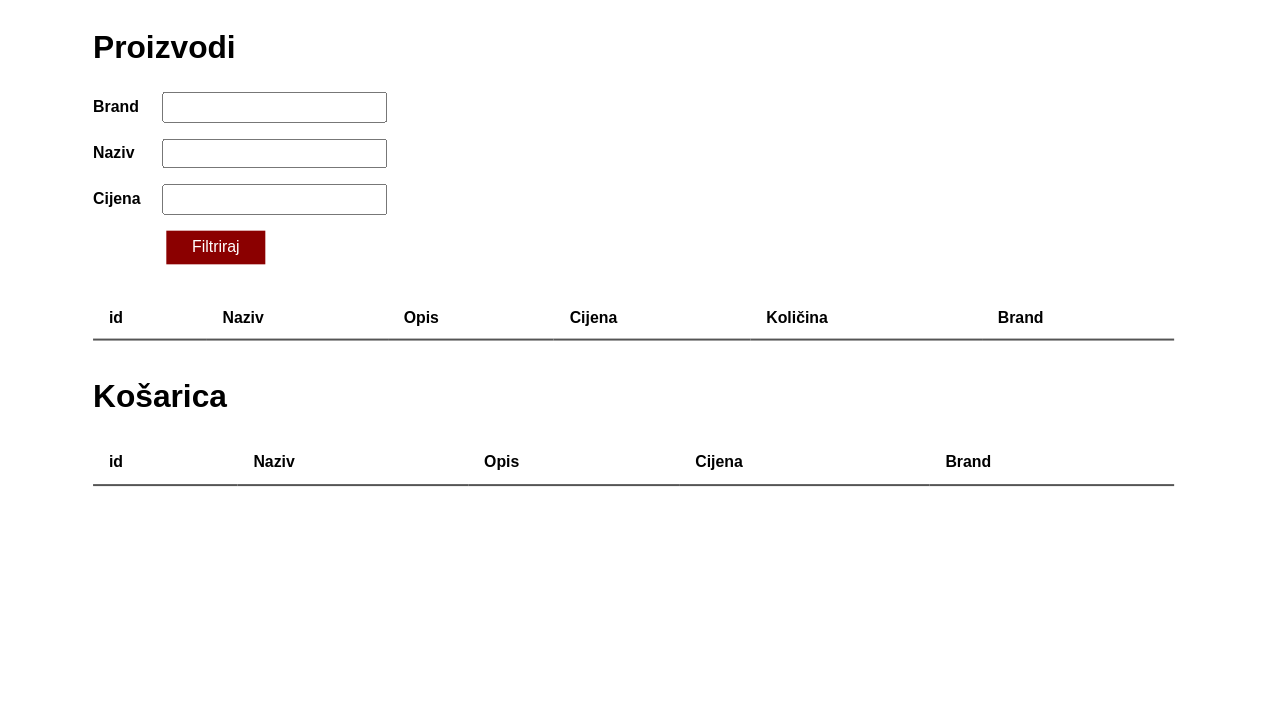
Repository: ivan-baljkas/pristupni_zadatak
Page: / (app in frontend/react-akademija-master/)
The author's editor kept a copy of each file at every save. The page is drawn from the files as they stood at one save, then again after the next save.
The browser window is 1280 px wide. The pictures show the whole page, at 99% of full size.
The page's requests for data from a server got no answer. The project was rebuilt for these pictures with package versions that can differ from the ones it lists, and the page was loaded fresh each time. No one was signed in, and anything a server would have sent is missing. Also part of the build but not shown: frontend/react-akademija-master/src/components/TableItem.jsx, frontend/react-akademija-master/src/components/TableItem2.jsx.

Above is the page before, as saved 2021-07-26 11:33:12.

### frontend/react-akademija-master/public/index.html
<!DOCTYPE html>
<html lang="en">
  <head>
    <meta charset="utf-8" />
    <link rel="icon" href="%PUBLIC_URL%/favicon.ico" />
    <meta name="viewport" content="width=device-width, initial-scale=1" />
    <meta name="theme-color" content="#000000" />
    <meta
      name="description"
      content="Web site created using create-react-app"
    />
    <link rel="apple-touch-icon" href="%PUBLIC_URL%/logo192.png" />
    <!--
      manifest.json provides metadata used when your web app is installed on a
      user's mobile device or desktop. See https://developers.google.com/web/fundamentals/web-app-manifest/
    -->
    <link rel="manifest" href="%PUBLIC_URL%/manifest.json" />
    <!--
      Notice the use of %PUBLIC_URL% in the tags above.
      It will be replaced with the URL of the `public` folder during the build.
      Only files inside the `public` folder can be referenced from the HTML.

      Unlike "/favicon.ico" or "favicon.ico", "%PUBLIC_URL%/favicon.ico" will
      work correctly both with client-side routing and a non-root public URL.
      Learn how to configure a non-root public URL by running `npm run build`.
    -->
    <link rel="stylesheet" type="text/css" href="https://cdnjs.cloudflare.com/ajax/libs/normalize/8.0.1/normalize.min.css">
    <title>Ivan Baljkas</title>
  </head>
  <body>
    <noscript>You need to enable JavaScript to run this app.</noscript>
    <div id="root"></div>
    <!--
      This HTML file is a template.
      If you open it directly in the browser, you will see an empty page.

      You can add webfonts, meta tags, or analytics to this file.
      The build step will place the bundled scripts into the <body> tag.

      To begin the development, run `npm start` or `yarn start`.
      To create a production bundle, use `npm run build` or `yarn build`.
    -->
  </body>
</html>

### frontend/react-akademija-master/src/index.css
body {
  margin: 0;
  font-family: -apple-system, BlinkMacSystemFont, "Segoe UI", "Roboto", "Oxygen",
    "Ubuntu", "Cantarell", "Fira Sans", "Droid Sans", "Helvetica Neue",
    sans-serif;
  -webkit-font-smoothing: antialiased;
  -moz-osx-font-smoothing: grayscale;
}

body {
  max-width: 1140px;
  margin: 0 auto;
  padding: 24px;
  font-family: Arial, sans-serif;
  font-size: 16px;
  line-height: 1.5;
}

h1 {
  margin-top: 0;
}

html {
  box-sizing: border-box;
}
*,
*:before,
*:after {
  box-sizing: inherit;
}

table {
  border-collapse: collapse;
  text-align: left;
  margin-bottom: 2em;
  width: 100%;
}

thead {
  border-bottom: 2px solid #555;
}

thead th,
td {
  padding: 0.6em 1em;
}

tbody tr:nth-child(even) {
  background-color: #e9e9e9;
}

.pagination {
  text-align: center;
}

button {
  margin: 0 1.5em;
  background-color: darkred;
  color: white;
  border-width: 0;
  padding: 0.5em 1em;
  min-width: 100px;
}

button:disabled {
  opacity: 0.5;
}

.stats {
  border-bottom: 1px solid #555;
  padding-bottom: 1em;
  margin-bottom: 1em;
  text-align: center;
}

form div {
  margin-bottom: 1em;
}

form {
  margin-bottom: 2em;
}

form label {
  display: inline-block;
  min-width: 70px;
}

form button,
.result {
  margin-left: 74px;
}

form input {
  padding: 0.25em 0.5em;
}

form label {
  font-weight: bold;
}

### frontend/react-akademija-master/src/App.js
import React, {useState, useEffect} from "react";
import { SearchForm } from "./components/SearchForm";
import { CollectionTable } from "./components/CollectionTable";
import { TableItem } from "./components/TableItem";
import { TableItem2 } from "./components/TableItem2";
import { CollectionTable2 } from "./components/CollectionTable2";
import { NarudzbaForm } from "./components/NarudzbaForm";


const App = () => {

  const [state, setState]= useState({
      proizvodi:[],
      odabraniProizvodi:[],
      brandovi: [],
      narudzbaId: 1
  });

  const[formState, setFormState] = useState({
      brand:'',
      naziv:'',
      cijena:0
  });


  /* Dohvaćanje proizvoda */
useEffect(() => {
  fetch(`http://localhost:8080/api/proizvod`)
    .then((data) => data.json())
    .then((data) => {
      console.log(data)
      setState({...state, proizvodi:data})
    })
    .catch((error)=>{
        console.log('Error: ',error);
    });

    /*Dohvaćanje brandova*/
    fetch(`http://localhost:8080/api/brand`)
    .then((data) => data.json())
    .then((data) => {
      console.log(data)
      setState({...state, brandovi:data})
    })
    .catch((error)=>{
        console.log('Error: ',error);
    });
},[]);

// za filtriranje
const handleSearch = (event) => {
  event.preventDefault();

  let helpBrand = formState.brand.length > 0 ? formState.brand: 'null';
  let helpNaziv = formState.naziv.length > 0 ? formState.naziv: 'null';
  let helpCijena = (formState.cijena.length >0) ? formState.cijena : 0;

  console.log('brand: ', helpBrand)
  console.log('naziv: ', helpNaziv)
  console.log('cijena: ', helpCijena)

  let apiUrl = `http://localhost:8080/api/proizvod?brand=${helpBrand}&naziv=${helpNaziv}&cijena=${helpCijena}`;

  fetch(apiUrl)
    .then((data) => data.json())
    .then((data) => {
      console.log(data)
      setState({...state, proizvodi:data})
    })
    .catch((error)=>{
        console.log('Error: ',error);
    });


};

// za svaku promjenu u unosu filtera
const handleQueryChange = (event) => {
  const value = event.currentTarget.value;
  setFormState({ ...formState, [event.target.name]: value });

  console.log(event.target.name,":",event.currentTarget.value)
  };


  // za dodavanje proizvoda u košaricu
const handleDodajProizvod = (proizvodId) => {

  const data = { narudzbaId: state.narudzbaId, proizvodId: proizvodId };


  fetch('http://localhost:8080/api/narudzba-proizvod', {
        method: 'POST',
        headers: {
        'Content-Type': 'application/json',
        },
        body: JSON.stringify(data),
        })
        .then(response => response.json())
        .then(data => {
        console.log('Success:', data);
          })
      .catch((error) => {
      console.error('Error:', error);
        });


  let newProizvodi = state.proizvodi;
  newProizvodi.forEach(p=>{
    if(p.id === proizvodId){
        p.kolicina=p.kolicina-1;
    }
  });


  fetch(`http://localhost:8080/api/proizvod/${proizvodId}`)
  .then((data) => data.json())
  .then((data) => {
    setState({...state,
                proizvodi:newProizvodi.filter(p=> p.kolicina>0),
               odabraniProizvodi:[...state.odabraniProizvodi, data]
              });

  })
  .catch((error)=>{
      console.log('Error: ',error);
  });

};



// za uklanjanje proizvoda iz košarice
const handleUkloniProizvod = (proizvodId) => {

  fetch(`http://localhost:8080/api/narudzba-proizvod/${state.narudzbaId}/${proizvodId}`,
  { method: 'DELETE' })

  let newProizvodi = state.proizvodi;
  newProizvodi.forEach(p=>{
    if(p.id === proizvodId){
        p.kolicina=p.kolicina+1;
    }
  });

  let proizvodZaIzbaciti;
  let newodabraniProizvodi = state.odabraniProizvodi;
  newodabraniProizvodi.forEach(p=>{
    if(p.id === proizvodId){
        proizvodZaIzbaciti = p;
    }
  })

  const index = newodabraniProizvodi.indexOf(proizvodZaIzbaciti);
  newodabraniProizvodi.splice(index, 1)

  setState({...state,
    odabraniProizvodi:newodabraniProizvodi
   });

};

  return (
    <div>
      <header>
        <h1>
          Proizvodi
        </h1>
      </header>
      <SearchForm state={state}  handleSearch={handleSearch} handleQueryChange={handleQueryChange}/>
        <CollectionTable>
        {state.proizvodi.map(proizvod=>(
          <TableItem id={proizvod.id} {...proizvod} brandovi={state.brandovi} handleDodajProizvod={handleDodajProizvod}/>
        ))}
        </CollectionTable>
        <h1>
          Košarica
        </h1>
        <CollectionTable2>
        {state.odabraniProizvodi.map(proizvod=>(
          <TableItem2 id={proizvod.id} {...proizvod} brandovi={state.brandovi} handleUkloniProizvod={handleUkloniProizvod}/>
        ))}
        </CollectionTable2>
    </div>
  );
};

export default App;

### frontend/react-akademija-master/src/components/SearchForm.jsx
import React from 'react'

export const SearchForm = (props) =>{

    return(
        <div>
            <form  onClick={props.handleSearch}>
            <div>

                <label htmlFor="query">Brand</label>
                <input type="text" id="brand" name="brand" onChange={props.handleQueryChange}/>

            </div>
            <div>
            <   label htmlFor="query">Naziv</label>
                <input type="text" id="naziv" name="naziv" onChange={props.handleQueryChange}/>
            </div>
            <div>
                <label htmlFor="query">Cijena</label>
                <input type="number" id="cijena" name="cijena" onChange={props.handleQueryChange}/>

            </div>
            <div>
                <button type="submit">Filtriraj</button>
            </div>

            </form>

        </div>
    );
};

### frontend/react-akademija-master/src/components/CollectionTable.jsx
import React from 'react'

export const CollectionTable = (props) =>{

    return(
        <div>
            <table>
            <thead>
                <tr>
                    <th>id</th>
                    <th>Naziv</th>
                    <th>Opis</th>
                    <th>Cijena</th>
                    <th>Količina</th>
                    <th>Brand</th>
                </tr>
            </thead>
             <tbody>
                {props.children}
            </tbody>

            </table>
        </div>
    );
};

### frontend/react-akademija-master/src/components/CollectionTable2.jsx
import React from 'react'

export const CollectionTable2 = (props) =>{

    return(
        <div>
            <table>
            <thead>
                <tr>
                    <th>id</th>
                    <th>Naziv</th>
                    <th>Opis</th>
                    <th>Cijena</th>
                    <th>Brand</th>
                </tr>
            </thead>
             <tbody>
                {props.children}
            </tbody>

            </table>
        </div>
    );
};

### frontend/react-akademija-master/src/components/NarudzbaForm.jsx
import React from 'react'

export const NarudzbaForm = (props) =>{

    return(
        <div>
            <form  onClick={props.handleSearch}>
            <div>

                <label htmlFor="query">Kod za popust</label>
                <input type="text" id="brand" name="brand" onChange={props.handleQueryChange}/>

            </div>
            <div>

                <label htmlFor="query">Broj kartice</label>
                <input type="text" id="brand" name="brand" onChange={props.handleQueryChange}/>

            </div>

            <div>

                <label htmlFor="query">Email</label>
                <input type="email" id="brand" name="brand" onChange={props.handleQueryChange}/>

            </div>

            <div>

                <label htmlFor="query">Broj mobitela</label>
                <input type="text" id="brand" name="brand" onChange={props.handleQueryChange}/>

            </div>

            <div>

                <label htmlFor="query">Adresa dostave</label>
                <input type="text" id="brand" name="brand" onChange={props.handleQueryChange}/>

            </div>

            <div>

                <label htmlFor="query">Napomena</label>
                <input type="text" id="brand" name="brand" onChange={props.handleQueryChange}/>

            </div>
            <div>
                <button type="submit">Naruči</button>
            </div>

            </form>

        </div>
    );
};

Loaded but not shown: frontend/react-akademija-master/src/index.js (common file); frontend/react-akademija-master/src/reportWebVitals.js (common file)

After the next save:
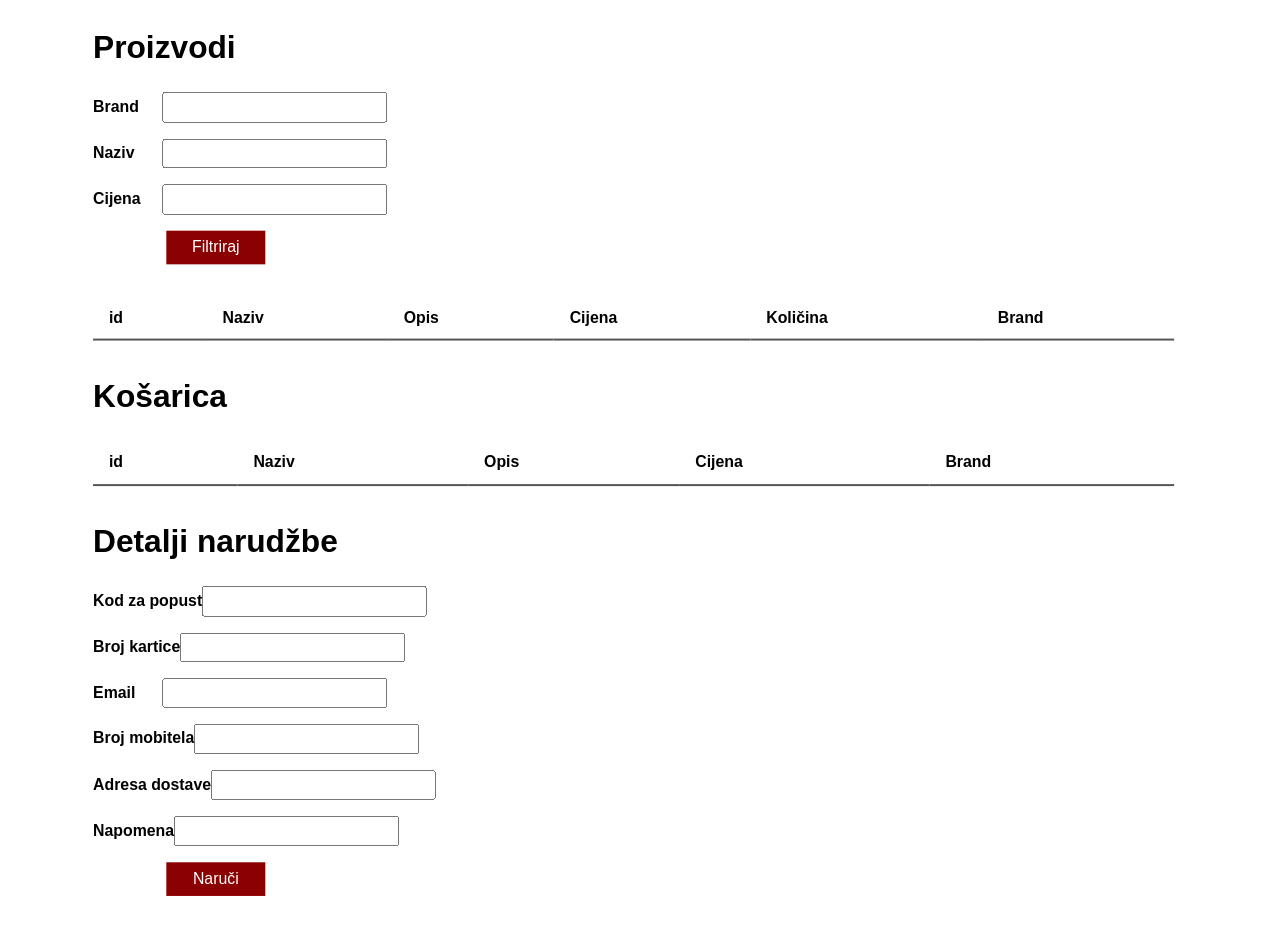
Saved 39 s later.
--- a/frontend/react-akademija-master/src/App.js
+++ b/frontend/react-akademija-master/src/App.js
@@ -181,6 +181,10 @@ const handleUkloniProizvod = (proizvodId) => {
           <TableItem2 id={proizvod.id} {...proizvod} brandovi={state.brandovi} handleUkloniProizvod={handleUkloniProizvod}/>
         ))}
         </CollectionTable2>
+        <h1>
+          Detalji narudžbe
+        </h1>
+        <NarudzbaForm/>
     </div>
   );
 };
